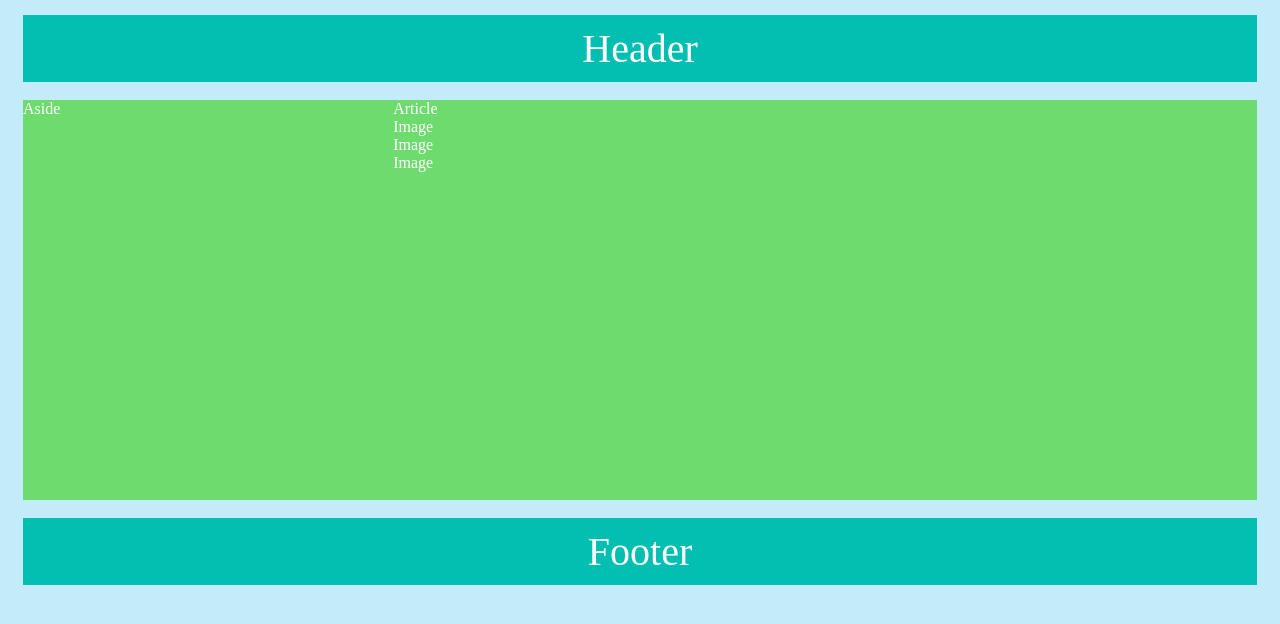
Repository: huyennvo/CSS
Page: flex-css-example/index.html
These files come from the project's save history. The page is drawn as it stood at one moment and after the next save; the edit follows.
The browser window is 1280 px wide. The pictures show the whole page.

Above is the page before, as saved 2022-07-18 10:59:11.

After the next save:
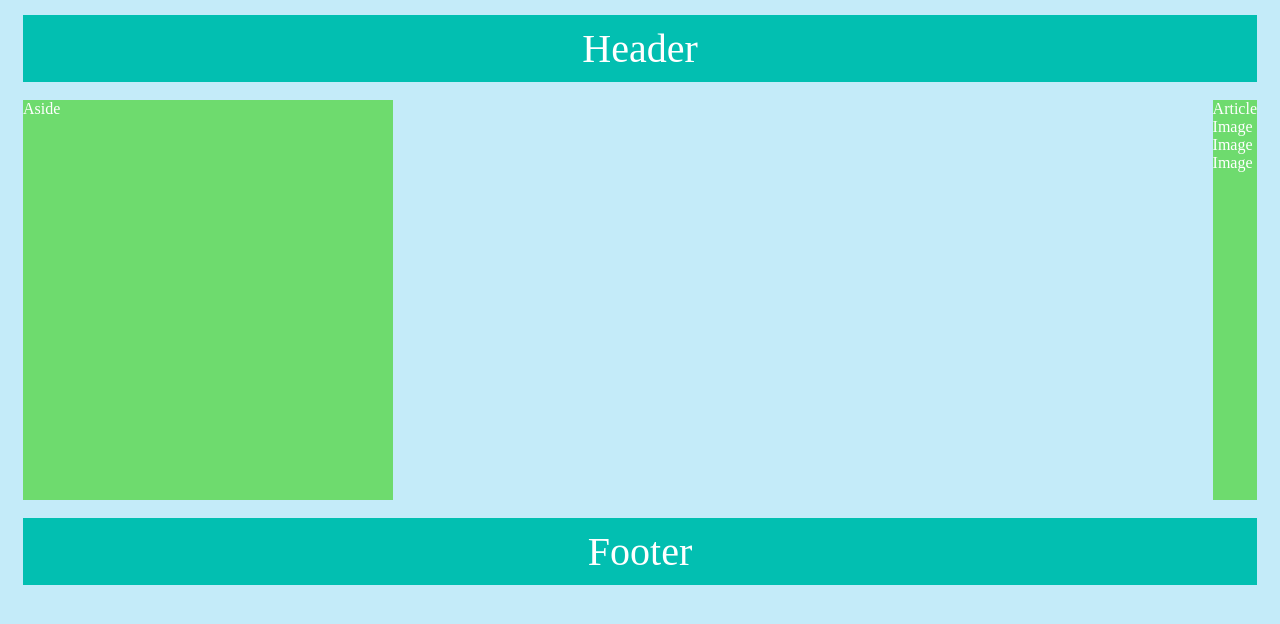
Saved 14 s later.
--- a/flex-css-example/index.css
+++ b/flex-css-example/index.css
@@ -36,7 +36,7 @@ html {
 
 .body-right {
     background-color: #6EDB6E;
-    width: 70%;
+    width: 70% - 10px;
     height: 400px;
 }
 

After the save that followed:
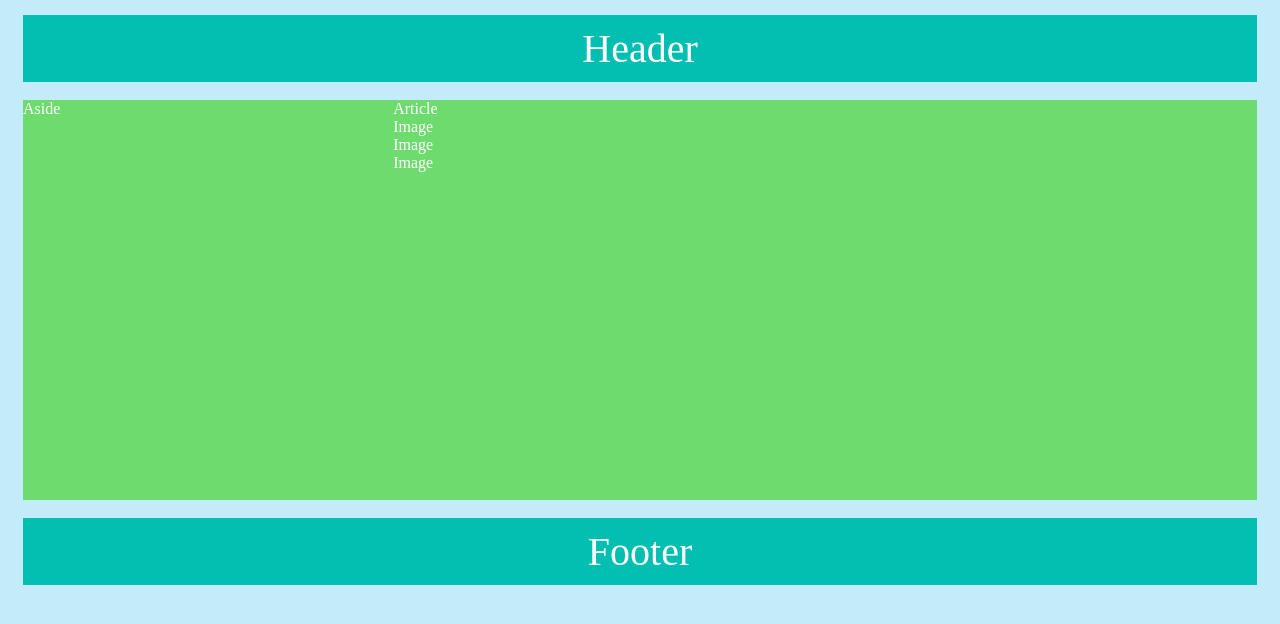
Saved 12 s later.
--- a/flex-css-example/index.css
+++ b/flex-css-example/index.css
@@ -36,7 +36,7 @@ html {
 
 .body-right {
     background-color: #6EDB6E;
-    width: 70% - 10px;
+    width: 70% ;
     height: 400px;
 }
 
